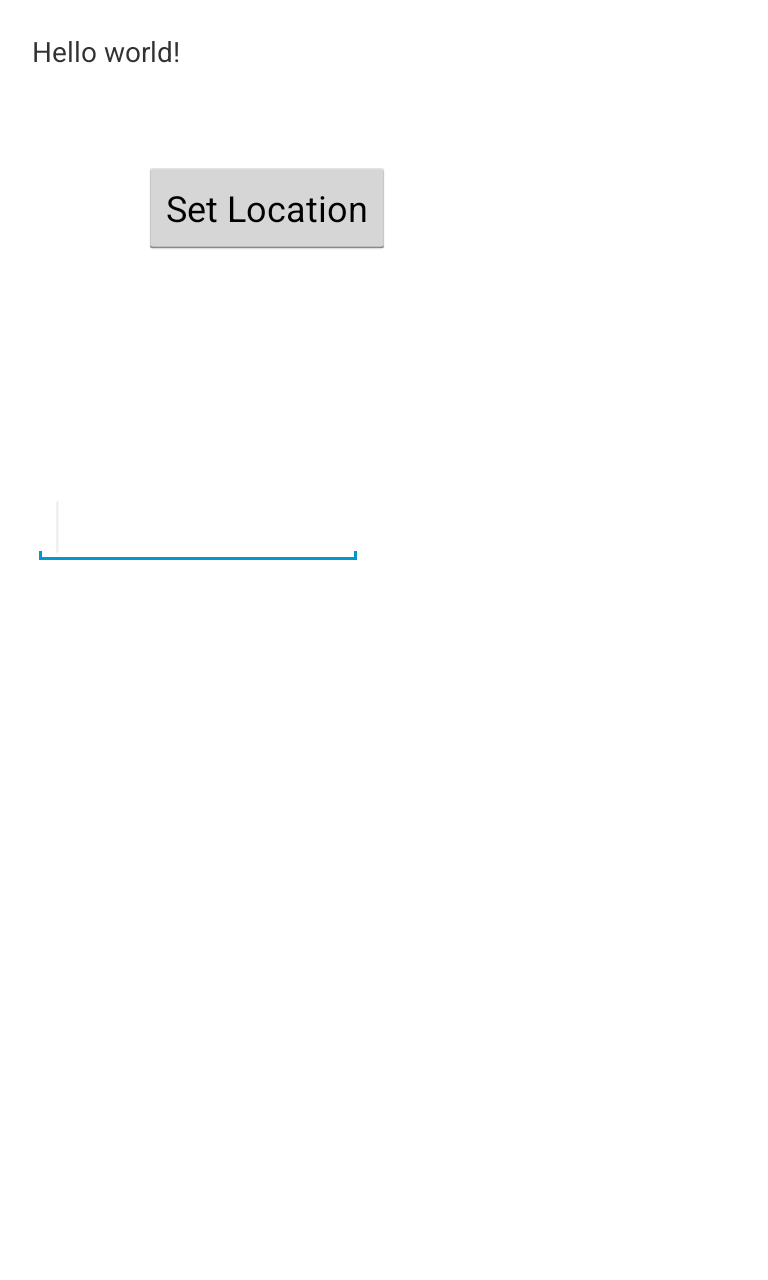
Repository: nigelmc/city-vendors-android
Layout: CityVendor/CityVendor/res/layout/activity_set_location.xml
These files come from the project's save history. The layout is drawn as it stood at one moment and after the next save; the edit follows.
It is drawn on a 768 x 1280 px phone screen (xhdpi) without system bars, with theme AppTheme; the app's code is not run.

Above is the layout before, as saved 2013-11-16 18:27:13.

After the next save:
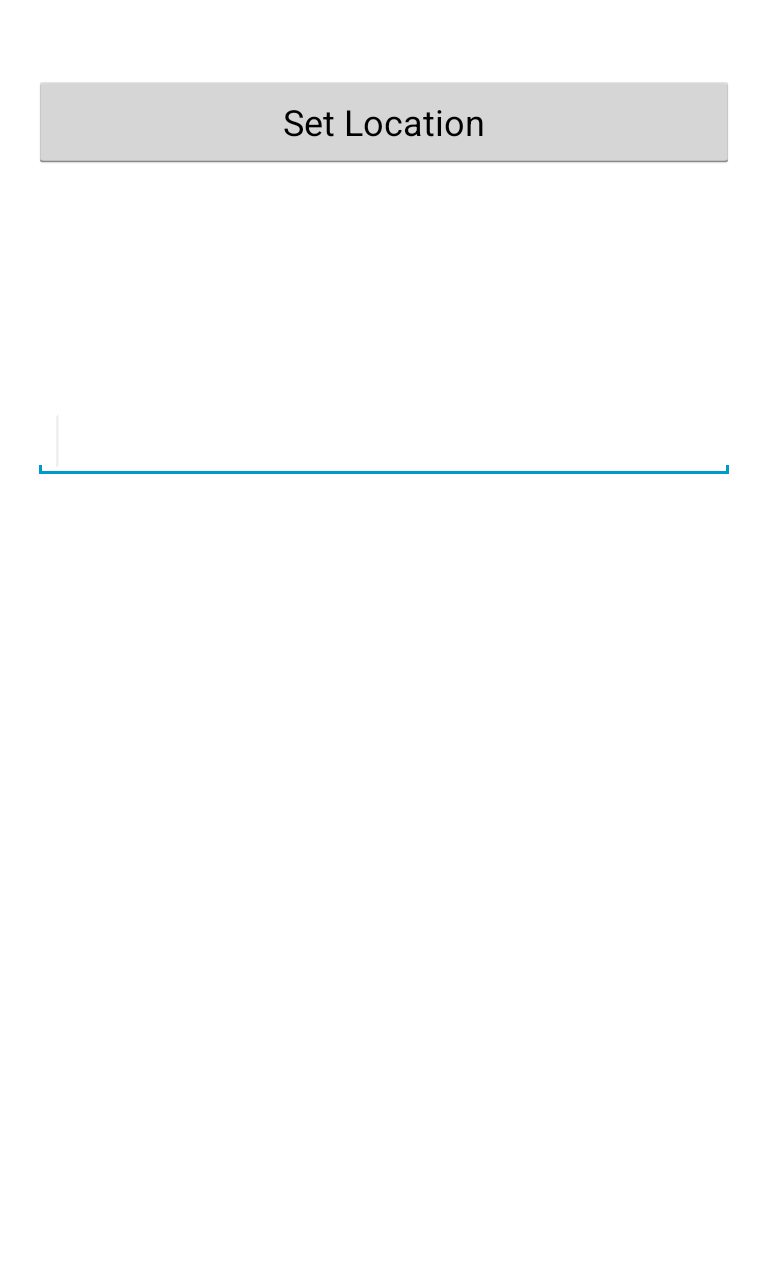
Saved 10 min 15 s later.
--- a/CityVendor/CityVendor/res/layout/activity_set_location.xml
+++ b/CityVendor/CityVendor/res/layout/activity_set_location.xml
@@ -8,29 +8,11 @@
     android:paddingTop="@dimen/activity_vertical_margin"
     tools:context=".SetLocation" >
 
-    <TextView
-        android:id="@+id/textView1"
-        android:layout_width="wrap_content"
-        android:layout_height="wrap_content"
-        android:text="@string/hello_world" />
-
-    <Button
-        android:id="@+id/button1"
-        android:layout_width="wrap_content"
-        android:layout_height="wrap_content"
-        android:layout_alignLeft="@+id/textView1"
-        android:layout_below="@+id/textView1"
-        android:layout_marginLeft="55dp"
-        android:layout_marginTop="45dp"
-        android:text="Set Location" />
-
     <EditText
         android:id="@+id/editText1"
-        android:layout_width="wrap_content"
+        android:layout_width="match_parent"
         android:layout_height="wrap_content"
-        android:layout_alignRight="@+id/button1"
         android:layout_below="@+id/button1"
-        android:layout_marginRight="14dp"
         android:layout_marginTop="116dp"
         android:ems="10"
         android:inputType="textMultiLine" >
@@ -38,4 +20,13 @@
         <requestFocus />
     </EditText>
 
+    <Button
+        android:id="@+id/button1"
+        android:layout_width="match_parent"
+        android:layout_height="wrap_content"
+        android:layout_alignLeft="@+id/editText1"
+        android:layout_alignRight="@+id/editText1"
+        android:layout_marginTop="21dp"
+        android:text="Set Location" />
+
 </RelativeLayout>
